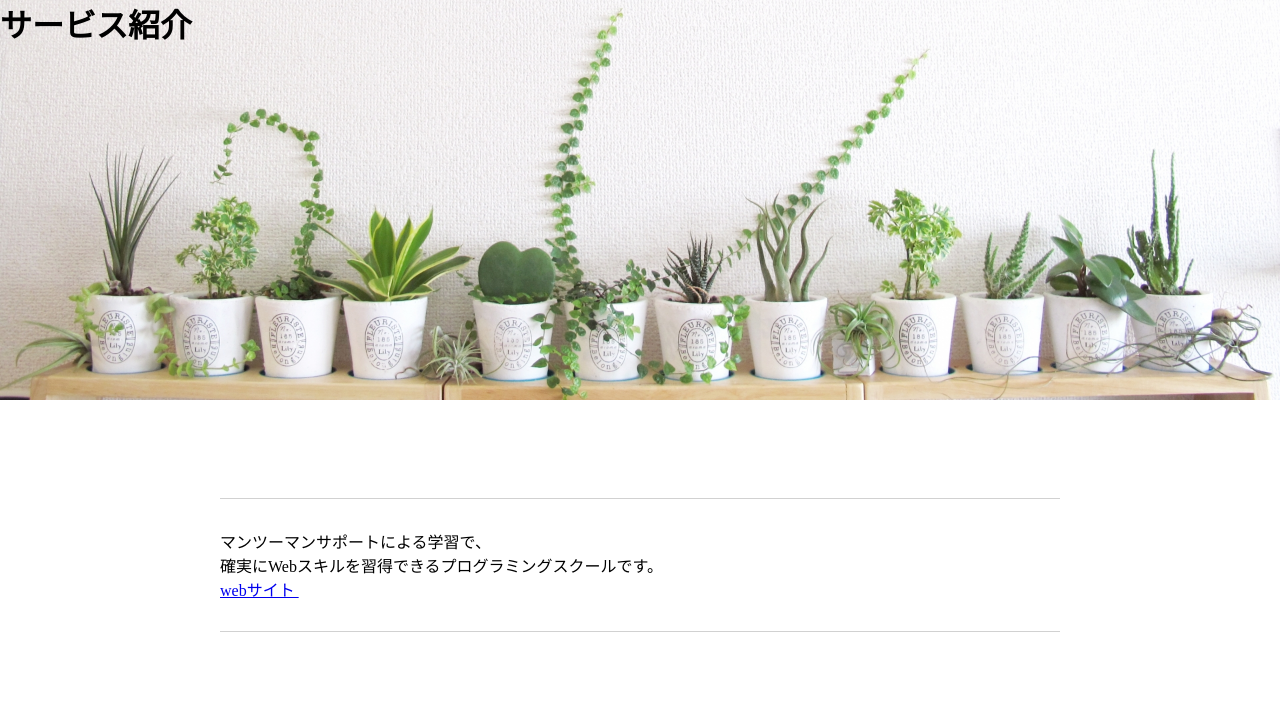
Repository: yesohnuki/shinya-ohnuki
Page: caravan/7.html
The author's editor kept a record of every edit. The page is drawn from the files as they stood at one moment, then again after the next edit.
The browser window is 1280 px wide. The pictures show the whole page.

Above is the page before.

After the next edit:
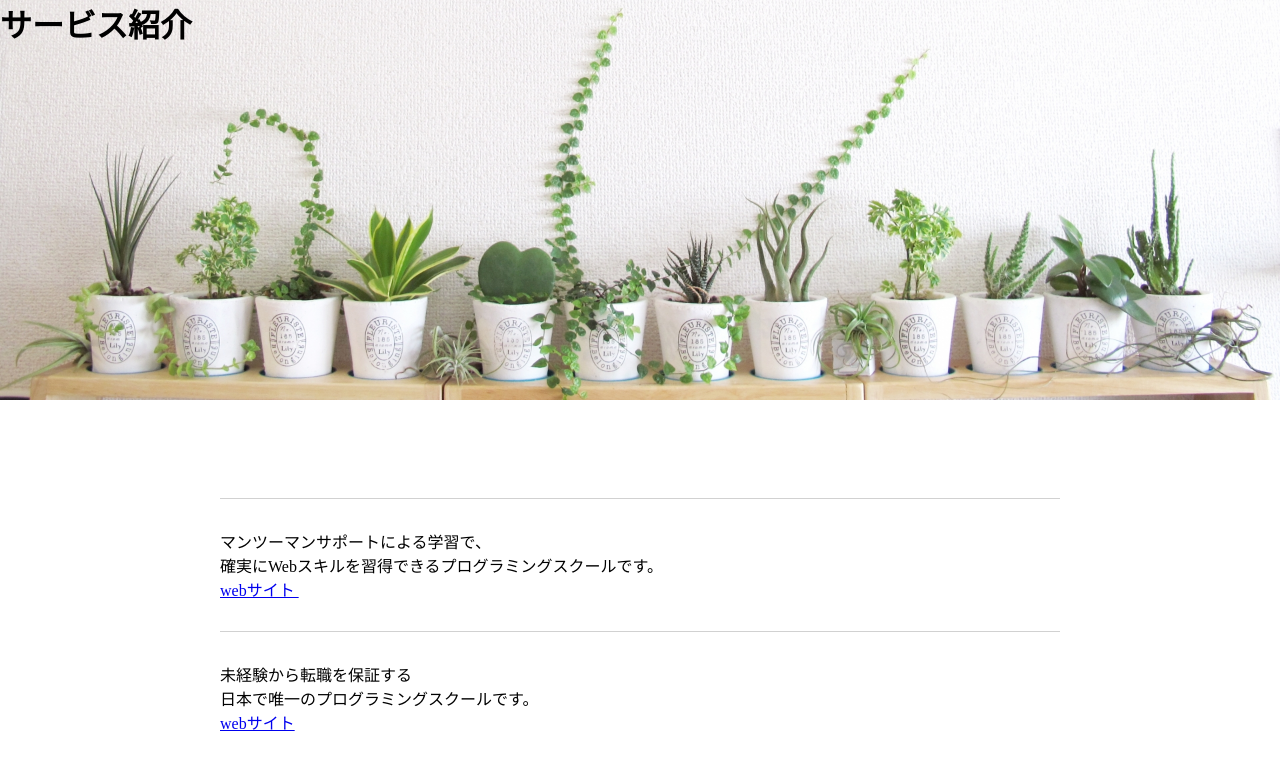
The edit:
--- a/caravan/7.html
+++ b/caravan/7.html
@@ -23,5 +23,8 @@
         </a>
         <img class="wc-iong.png"></img>
         <div class="service2"></div>
-
+        未経験から転職を保証する<br>
+        日本で唯一のプログラミングスクールです。</br>
+        <a href="index.html">
+          webサイト
     </main>
